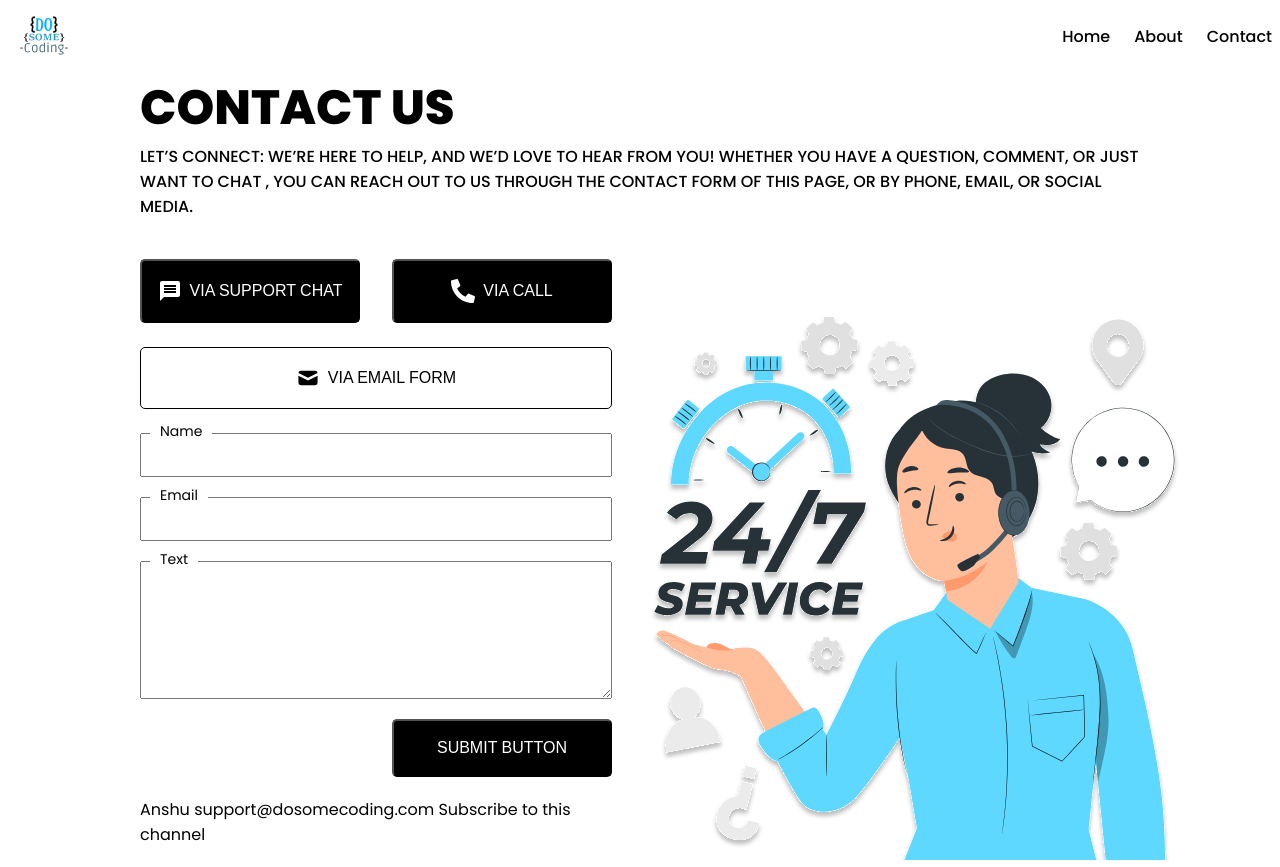
Repository: Wahid137/react-project-two
Page: /
The author's editor kept a copy of each file at every save. The page is drawn from the files as they stood at one save, then again after the next save.
The browser window is 1280 px wide. The pictures show the whole page.
The project was rebuilt for these pictures with package versions that can differ from the ones it lists, and the page was loaded fresh each time. Also part of the build but not shown: vite.config.js, src/index.css.

Above is the page before, as saved 2023-08-23 03:37:38.

After the next save:
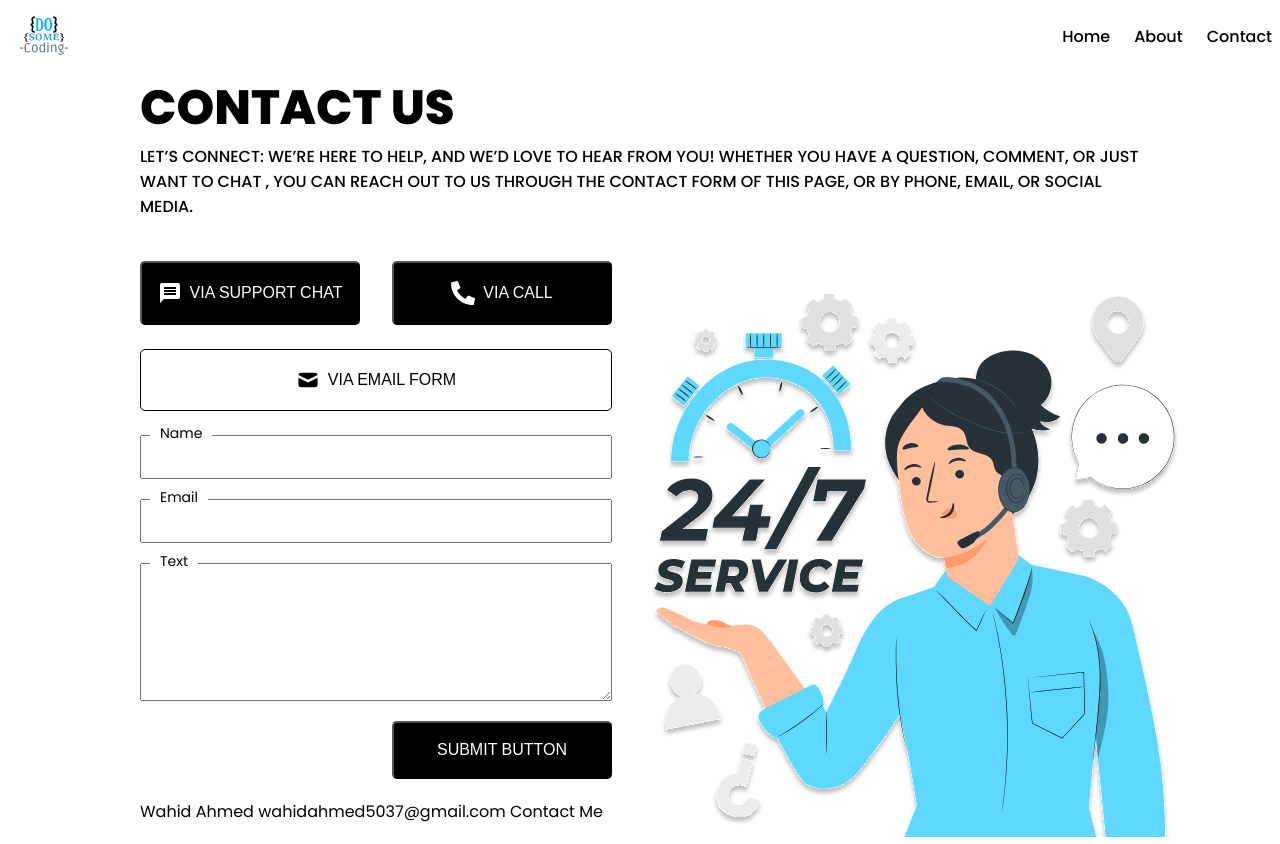
Saved 111 s later.
--- a/src/components/ContactForm/ContactForm.jsx
+++ b/src/components/ContactForm/ContactForm.jsx
@@ -6,9 +6,9 @@
 import Button from "../Button/Button";
 
 const ContactForm = () => {
-  const [name, setName] = useState("Anshu");
-  const [email, setEmail] = useState("support@dosomecoding.com");
-  const [text, setText] = useState("Subscribe to this channel");
+  const [name, setName] = useState("Wahid Ahmed");
+  const [email, setEmail] = useState("wahidahmed5037@gmail.com");
+  const [text, setText] = useState("Contact Me");
 
   const onSubmit = (event) => {
     event.preventDefault();
@@ -60,7 +60,7 @@
         </form>
       </div>
       <div className={styles.contact_image}>
-        <img src="/images/contact.svg" alt="contact image" />
+        <img src="../../../public/assets/contact.svg" alt="contact image" />
       </div>
     </section>
   );
